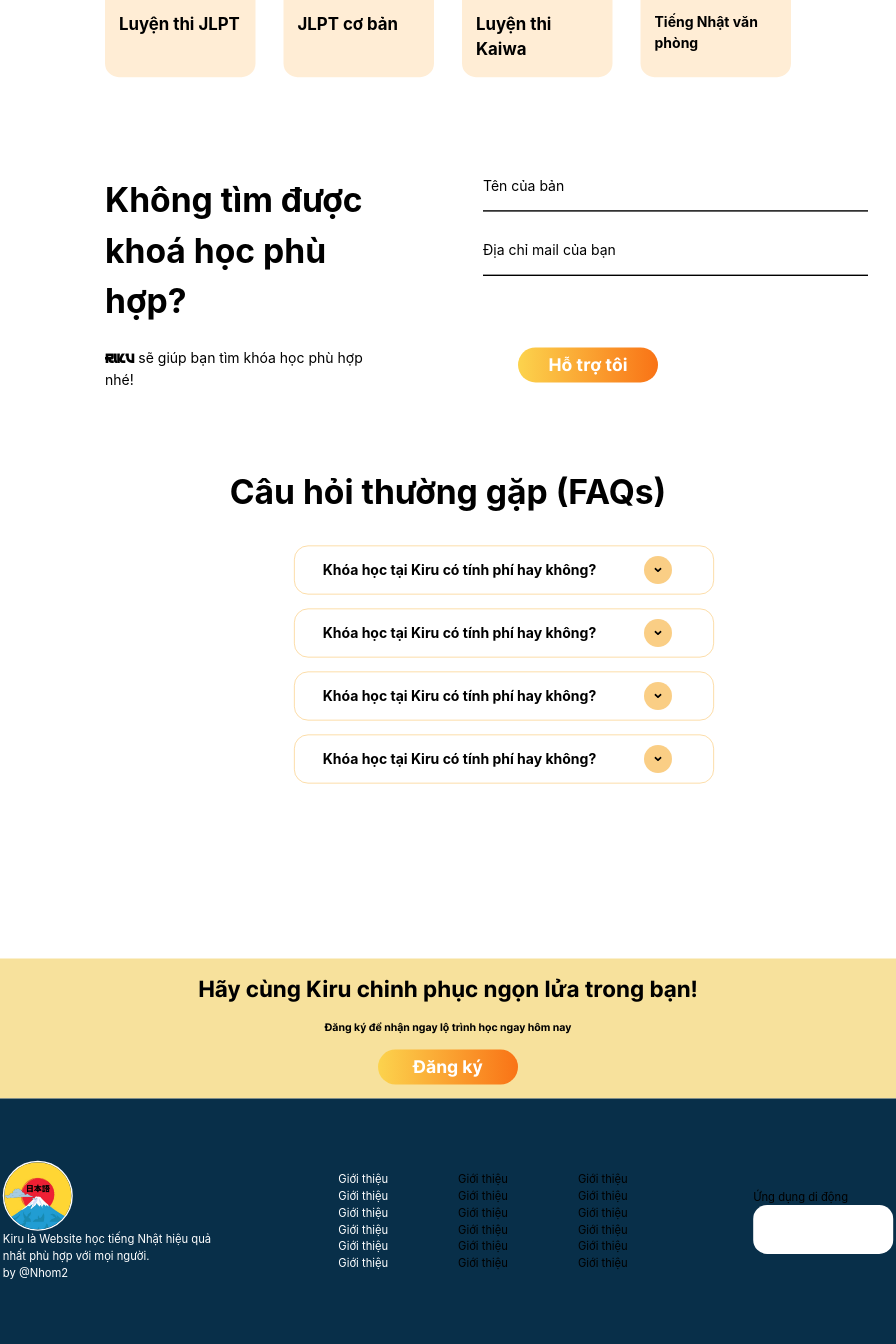
Repository: Quynhhuong150322/Kiru_Website-hoc-tieng-Nhat
Page: /
The author's editor kept a copy of each file at every save. The page is drawn from the files as they stood at one save, then again after the next save.
The browser window is 1280 px wide. The pictures show the part of the page from y = 3205 to 5125 px (the page is 5125 px tall), at 70% of full size.
The project was rebuilt for these pictures with package versions that can differ from the ones it lists, and the page was loaded fresh each time.

Above is the page before, as saved 2023-08-17 01:57:05.

After the next save:
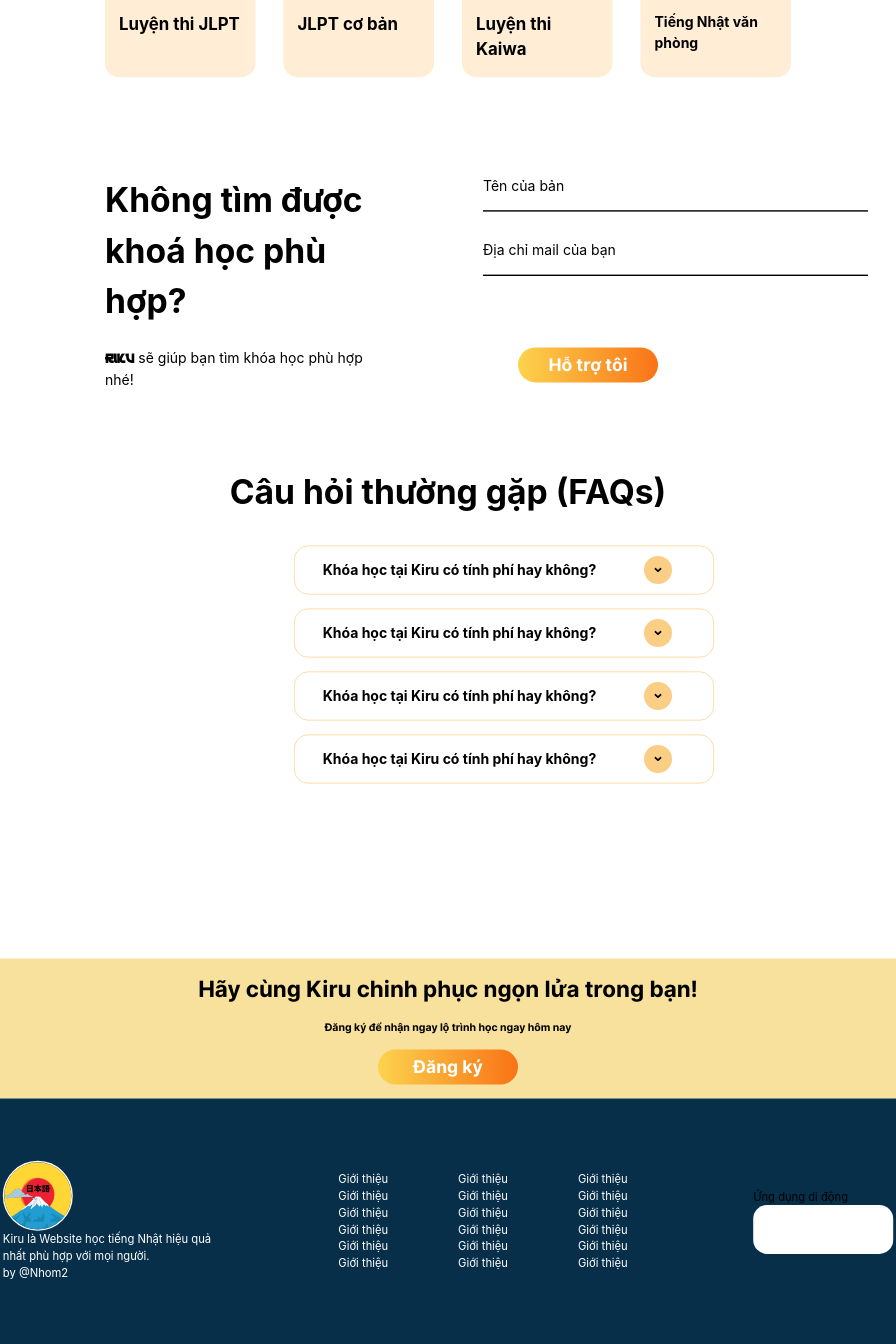
Saved 12 s later.
--- a/src/component/header_footer/footer.js
+++ b/src/component/header_footer/footer.js
@@ -22,7 +22,7 @@ const Footer = () => {
                         <li className="hover:text-yellow-500">Giới thiệu</li>
                         <li className="hover:text-yellow-500">Giới thiệu</li>
                     </ul>
-                    <ul class="list-none">
+                    <ul class="list-none text-white">
                         <li >Giới thiệu</li>
                         <li className="hover:text-yellow-500">Giới thiệu</li>
                         <li className="hover:text-yellow-500">Giới thiệu</li>
@@ -30,7 +30,7 @@ const Footer = () => {
                         <li className="hover:text-yellow-500">Giới thiệu</li>
                         <li className="hover:text-yellow-500">Giới thiệu</li>
                     </ul>
-                    <ul class="list-none">
+                    <ul class="list-none text-white">
                         <li>Giới thiệu</li>
                         <li className="hover:text-yellow-500">Giới thiệu</li>
                         <li className="hover:text-yellow-500">Giới thiệu</li>
